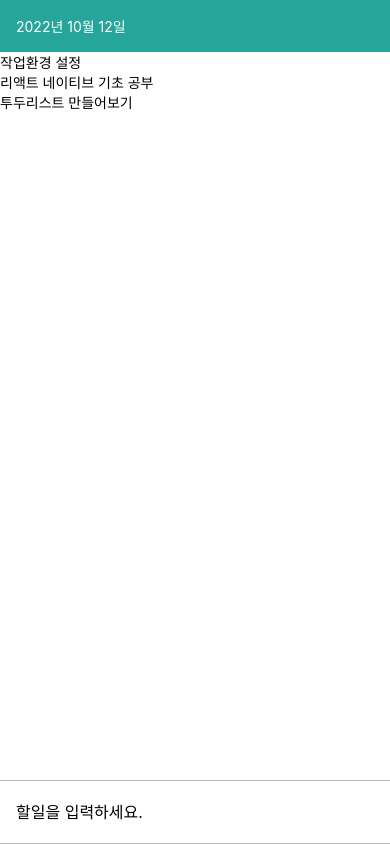
Repository: H-Rn-Study/haebzzang
Screen: / (app in TodoApp/)
The author's editor kept a copy of each file at every save. The screen is drawn from the files as they stood at one save, then again after a run of saves.
The app was drawn by React Native's web renderer in a window 390 px wide. The project was rebuilt for these pictures with package versions that can differ from the ones it lists, and the page was loaded fresh each time. Also part of the build but not shown: TodoApp/components/Empty.js.

Above is the screen before, as saved 2022-10-26 14:49:35.

### TodoApp/App.js
import React, {useState} from 'react';
import {StyleSheet, KeyboardAvoidingView, Platform} from 'react-native';
import DateHead from './components/DateHead';
import {SafeAreaProvider, SafeAreaView} from 'react-native-safe-area-context';
import AddTodo from "./components/AddTodo";
import Empty from './components/Empty';
import TodoList from './components/TodoList';

function App() {
  const today = new Date();

  const [todos, setTodos] = useState([
    {id : 1, text : '작업환경 설정', done : true},
    {id : 2, text : '리액트 네이티브 기초 공부', done : false},
    {id : 3, text : '투두리스트 만들어보기', done : false},
  ]);


  return (
    <SafeAreaProvider>
      <SafeAreaView edges = {['buttom']} style = {styles.block}>
        <KeyboardAvoidingView
          behavior = {Platform.select({ios: 'padding', android: undefined})}
          style = {styles.avoid}>
          <DateHead date = {today} />
          {todos.length === 0 ? <Empty /> : <TodoList todos = {todos} />}
          <AddTodo />
        </KeyboardAvoidingView>
      </SafeAreaView>
    </SafeAreaProvider>
  );
}

const styles = StyleSheet.create({
  block: {
    flex: 1,
    backgroundColor: 'white',
  },

  avoid: {
    flex: 1,
  },
});

export default App;

### TodoApp/components/DateHead.js
import React from 'react';
import {View, Text, StyleSheet, StatusBar} from 'react-native';
import {useSafeAreaInsets} from 'react-native-safe-area-context';

function DateHead({date}) {
    const year = date.getFullYear();
    const month = date.getMonth() + 1;
    const day = date.getDate();

    const formatted = `${year}년 ${month}월 ${day}일`;
    const {top} = useSafeAreaInsets();

    return (
        <>
        <View style = {[styles.statusBarPlaceholder, {height: top}]} />
        <StatusBar backgroundColor = "#26a69a" barStyle = "light=content" />
        <View style = {styles.block}>
            <Text style = {styles.dateText}>{formatted}</Text>
        </View>
        </>
    );
}

const styles = StyleSheet.create({
    statusBarPlaceholder: {
        backgroundColor: "#26a69a",
    },
    block: {
        padding: 16,
        backgroundColor: '#26a69a',
    },

    dateText: {
        fontsize: 24,
        color: 'white',
    },
});

export default DateHead;

### TodoApp/components/AddTodo.js
import React, {useState} from "react";
import {View, StyleSheet, TextInput, Image, TouchableOpacity, Platform, TouchableNativeFeedback, Keyboard,} from "react-native";

function AddTodo() {
    const [text, setText] = useState('');

    const onPress = () => {
        setText('');
        Keyboard.dismiss();
    };

    const button = (
        <View style = {styles.buttonStyle}>
            <Image source = {require('../assets/icons/add_white/add_white.png')} />
        </View>
    );

    return (
    <View style = {styles.block}>
        <TextInput placeholder = "할일을 입력하세요."
        style = {styles.input}
        value = {text}
        onChangeText = {setText}
        onSubmitEditing = {onPress}
        returnKeyType = "done"
        />
        {Platform.select({
            ios: <TouchableOpacity activeOpacity = {0.5} onPress = {onPress}>
                {button}
                </TouchableOpacity>,
            android: (
                <View style = {styles.circleWrapper}>
                    <TouchableNativeFeedback onPress = {onPress}>
                        {button}
                    </TouchableNativeFeedback>
                </View>
            ),
        })}
    </View>
    );
}

const styles = StyleSheet.create({
    block: {
        backgroundColor: 'white',
        height: 64,
        paddingHorizontal: 16,
        borderColor: "#bdbdbd",
        borderTopWidth: 1,
        borderBottomWidth: 1,
        alignItems: 'center',
        flexDirection: 'row',
    },

    input: {
        flex: 1,
        fontSize: 16,
        paddingVertical: 8,
    },

    buttonStyle: {
        alignItems: 'center',
        justifyContent: 'center',
        width: 48,
        height: 48,
        backgroundColor: '#26a69a',
        borderRadius: 24,
    },

    circleWrapper: {
        overflow: 'hidden',
        borderRadius: 24,
    }
});

export default AddTodo;

### TodoApp/components/TodoList.js
import React from 'react';
import {FlatList, View, Text, StyleSheet} from 'react-native';

function TodoList({todos}) {
    return (
        <FlatList
        style = {styles.list}
        data = {todos}
        renderItem = {({item}) => (
            <View>
                <Text>{item.text}</Text>
            </View>)}
            keyExtractor = {item => item.id.toString()}
            />
    );
}

const styles = StyleSheet.create({
    list: {
        flex:1,
    },
});

export default TodoList;

### TodoApp/components/TodoItem.js
import React from 'react';
import {View, Text, StyleSheet} from 'react-native';

function TodoItem({id, text, done}) {
    retrun (
        <View style = {styles.item}>
            <View style = {styles.circle} />
            <Text style = {styles.text}>{text}</Text>
        </View>
    );
}

const styles = StyleSheet.create({
    item : {
        flexDirection: 'row',
        padding: 16,
        alignItems: 'center',
    },

    circle: {
        width :24,
        heigth: 24,
        borderRadius: 12,
        borderColor: '#26a69a',
        borderWidth: 1,
        marginRight: 16,
    },

    text: {
        flex: 1,
        fontSize: 16,
        color: '#212121',
    },
});

export default TodoItem;

After the next 4 saves:
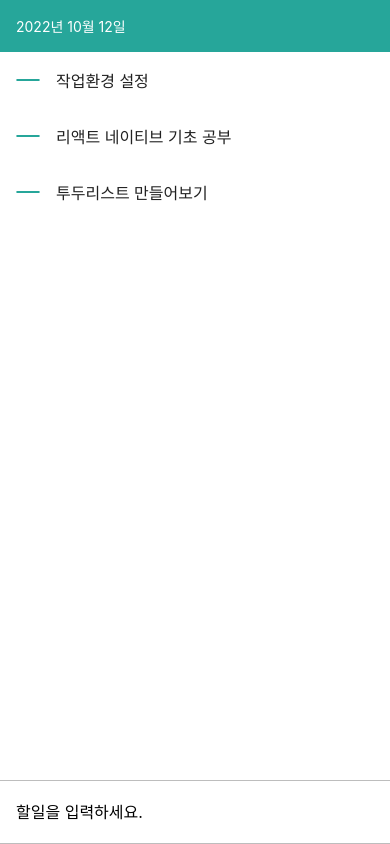
The 4 saves are shown as one change because 3 did not build or start.
The last was saved 3 min 48 s later.
--- a/TodoApp/components/TodoList.js
+++ b/TodoApp/components/TodoList.js
@@ -1,5 +1,6 @@
 import React from 'react';
 import {FlatList, View, Text, StyleSheet} from 'react-native';
+import TodoItem from './TodoItem';
 
 function TodoList({todos}) {
     return (
@@ -7,9 +8,8 @@ function TodoList({todos}) {
         style = {styles.list}
         data = {todos}
         renderItem = {({item}) => (
-            <View>
-                <Text>{item.text}</Text>
-            </View>)}
+            <TodoItem id = {item.id} text = {item.text} done = {item.done} />
+            )}
             keyExtractor = {item => item.id.toString()}
             />
     );
--- a/TodoApp/components/TodoItem.js
+++ b/TodoApp/components/TodoItem.js
@@ -2,7 +2,7 @@ import React from 'react';
 import {View, Text, StyleSheet} from 'react-native';
 
 function TodoItem({id, text, done}) {
-    retrun (
+    return (
         <View style = {styles.item}>
             <View style = {styles.circle} />
             <Text style = {styles.text}>{text}</Text>
